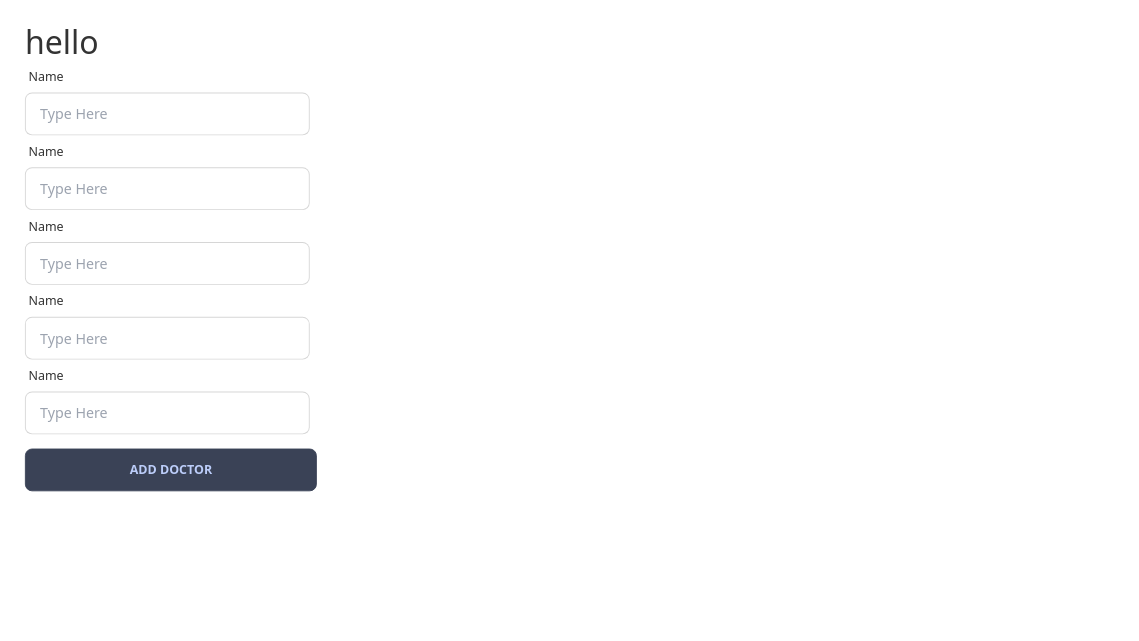
Repository: mdrubel02/yummy-yums-client
Page: /
An editor plug-in stored every save of this project. The page is shown before and after the next save, followed by the edit.
The browser window is 1280 px wide. The pictures show the whole page, at 89% of full size.
The project was rebuilt for these pictures with package versions that can differ from the ones it lists, and the page was loaded fresh each time. Also part of the build but not shown: vite.config.js.

Above is the page before, as saved 2023-04-06 23:12:18.

### src/App.jsx
import React from 'react'
// import Home from './Components/Home/Home'
import Blog from './Components/Blog/Blog'


function App() {
  return (
    <div >
      {/* <div className='w-96 p-7'>

        <h2 className="text-4xl">Add A Doctor</h2>

        <form >
          <div className="form-control w-full max-w-xs">
            <label className="label"> <span className="label-text">Name</span></label>
            <input type="text" placeholder="Type here" className="input input-bordered w-full max-w-xs" />
          </div>
          <input className='btn btn-accent w-full mt-4' value="Add Doctor" type="submit" />
        </form>


      </div> */}
      {/* <h1 className="text-4xl">hello</h1>
      <form>
        <div className="form-control w-full max-w-xs">
        <label className="label"> <span className="label-text">Name</span></label>
          <input type="text" placeholder="Type Here" className="input input-bordered w-fu
          max-w-xs" />
        </div>
        <div className="form-control w-full max-w-xs">
        <label className="label"> <span className="label-text">Name</span></label>
          <input type="text" placeholder="Type Here" className="input input-bordered w-fu
          max-w-xs" />
        </div>
        <div className="form-control w-full max-w-xs">
        <label className="label"> <span className="label-text">Name</span></label>
          <input type="text" placeholder="Type Here" className="input input-bordered w-fu
          max-w-xs" />
        </div>
        <div className="form-control w-full max-w-xs">
        <label className="label"> <span className="label-text">Name</span></label>
          <input type="text" placeholder="Type Here" className="input input-bordered w-fu
          max-w-xs" />
        </div>
        <div className="form-control w-full max-w-xs">
        <label className="label"> <span className="label-text">Name</span></label>
          <input type="text" placeholder="Type Here" className="input input-bordered w-fu
          max-w-xs" />
        </div>
        <input className='btn btn-accent w-full mt-4' value="Add Doctor" type="submit" />
      </form> */}
      {/* <Home /> */}
      <Blog/>
    </div>
  )
}

export default App

### src/Components/Blog/Blog.js
import React from 'react';

const Blog = () => {
    return (
        <div>
            <div className='w-96 p-7'>
            <h1 className="text-4xl">hello</h1>
            <form>
                <div className="form-control w-full max-w-xs">
                    <label className="label"> <span className="label-text">Name</span></label>
                    <input type="text" placeholder="Type Here" className="input input-bordered w-fu
          max-w-xs" />
                </div>
                <div className="form-control w-full max-w-xs">
                    <label className="label"> <span className="label-text">Name</span></label>
                    <input type="text" placeholder="Type Here" className="input input-bordered w-fu
          max-w-xs" />
                </div>
                <div className="form-control w-full max-w-xs">
                    <label className="label"> <span className="label-text">Name</span></label>
                    <input type="text" placeholder="Type Here" className="input input-bordered w-fu
          max-w-xs" />
                </div>
                <div className="form-control w-full max-w-xs">
                    <label className="label"> <span className="label-text">Name</span></label>
                    <input type="text" placeholder="Type Here" className="input input-bordered w-fu
          max-w-xs" />
                </div>
                <div className="form-control w-full max-w-xs">
                    <label className="label"> <span className="label-text">Name</span></label>
                    <input type="text" placeholder="Type Here" className="input input-bordered w-fu
          max-w-xs" />
                </div>
                <input className='btn btn-accent w-full mt-4' value="Add Doctor" type="submit" />
            </form>
        </div>
        </div>
    );
};

export default Blog;

### tailwind.config.js
/** @type {import('tailwindcss').Config} */
export default {
  content: [
    "./index.html",
    "./src/**/*.{js,ts,jsx,tsx}",
  ],
  daisyui:{
    themes: [
      {
        doctortheme:{
          primary: '#0FCFEC',
          secondary: '#19D3AE',
          accent: "#3A4256",
          neutral: "#3D4451",
          "base-100": "#FFFFFF",
        }
      }
    ]
  },
  theme: {
    extend: {},
  },
  plugins: [require("daisyui")],
}

### src/Components/Home/Home.jsx
import React from 'react';

const Home = () => {
    return (
        <div className='w-96 p-7'>
        <h1 className="text-4xl">hello</h1>
        <form>
            <div className="form-control w-full max-w-xs">
                <label className="label"> <span className="label-text">Name</span></label>
                <input type="text" placeholder="Type Here" className="input input-bordered w-fu
      max-w-xs" />
            </div>
            <div className="form-control w-full max-w-xs">
                <label className="label"> <span className="label-text">Name</span></label>
                <input type="text" placeholder="Type Here" className="input input-bordered w-fu
      max-w-xs" />
            </div>
            <div className="form-control w-full max-w-xs">
                <label className="label"> <span className="label-text">Name</span></label>
                <input type="text" placeholder="Type Here" className="input input-bordered w-fu
      max-w-xs" />
            </div>
            <div className="form-control w-full max-w-xs">
                <label className="label"> <span className="label-text">Name</span></label>
                <input type="text" placeholder="Type Here" className="input input-bordered w-fu
      max-w-xs" />
            </div>
            <div className="form-control w-full max-w-xs">
                <label className="label"> <span className="label-text">Name</span></label>
                <input type="text" placeholder="Type Here" className="input input-bordered w-fu
      max-w-xs" />
            </div>
            <input className='btn btn-accent w-full mt-4' value="Add Doctor" type="submit" />
        </form>
    </div>
    );
};

export default Home;

Loaded but not shown: index.html (common file); src/main.jsx (common file); src/index.css (common file)

After the next save:
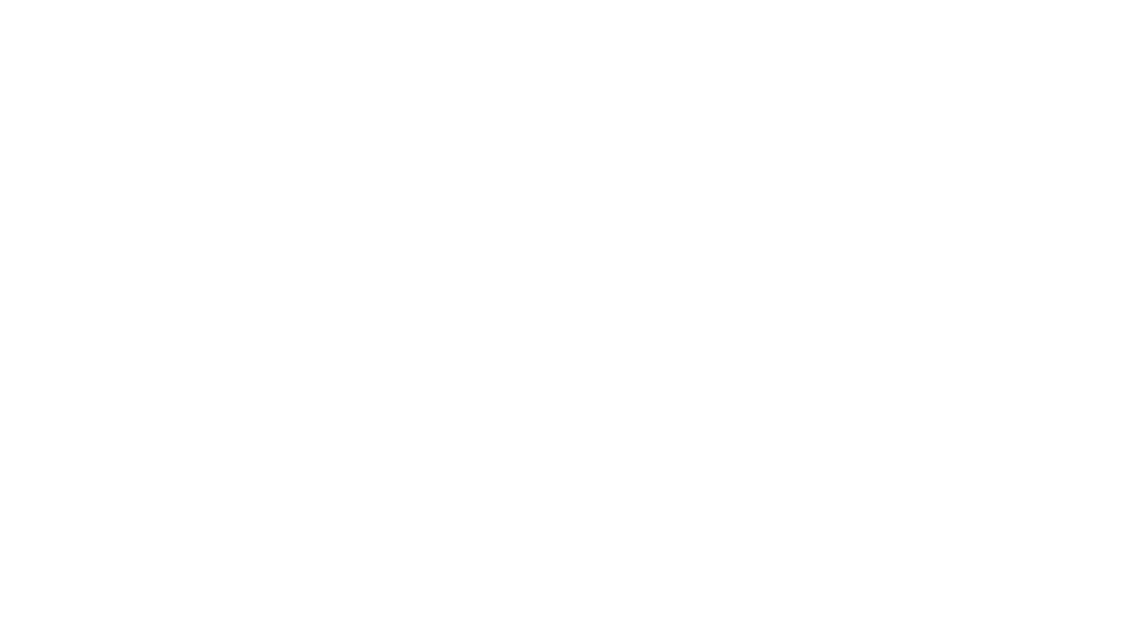
Console error: ReferenceError: Home is not defined
Saved 17 s later.
--- a/src/App.jsx
+++ b/src/App.jsx
@@ -49,7 +49,7 @@
         </div>
         <input className='btn btn-accent w-full mt-4' value="Add Doctor" type="submit" />
       </form> */}
-      {/* <Home /> */}
+      <Home />
       <Blog/>
     </div>
   )

After the 2 saves that followed:
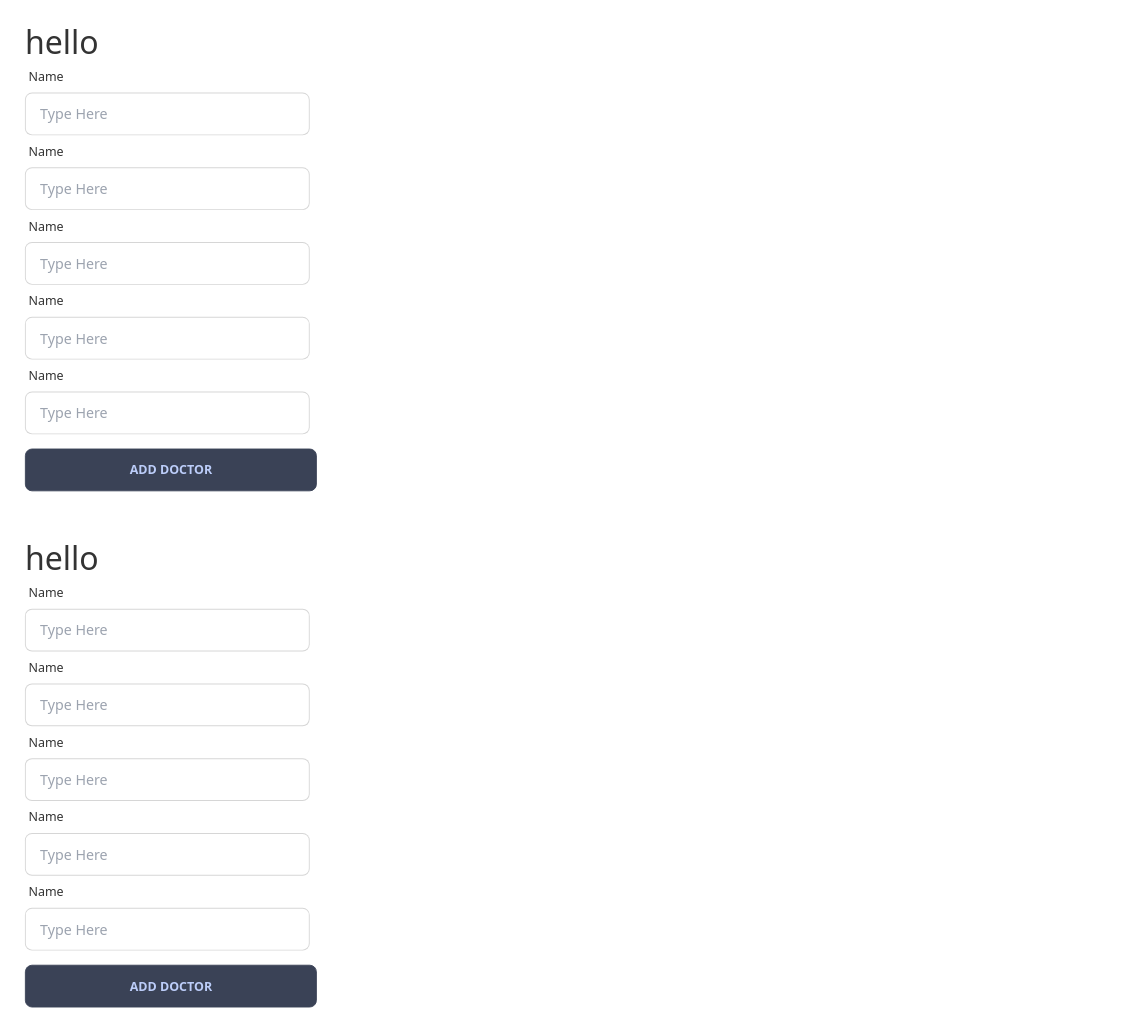
The error is gone.
The 2 saves are shown as one change because 1 left the picture as it was.
The last was saved 3 min 5 s later.
--- a/src/App.jsx
+++ b/src/App.jsx
@@ -1,54 +1,11 @@
 import React from 'react'
-// import Home from './Components/Home/Home'
+import Home from './Components/Home/Home'
 import Blog from './Components/Blog/Blog'
 
 
 function App() {
   return (
     <div >
-      {/* <div className='w-96 p-7'>
-
-        <h2 className="text-4xl">Add A Doctor</h2>
-
-        <form >
-          <div className="form-control w-full max-w-xs">
-            <label className="label"> <span className="label-text">Name</span></label>
-            <input type="text" placeholder="Type here" className="input input-bordered w-full max-w-xs" />
-          </div>
-          <input className='btn btn-accent w-full mt-4' value="Add Doctor" type="submit" />
-        </form>
-
-
-      </div> */}
-      {/* <h1 className="text-4xl">hello</h1>
-      <form>
-        <div className="form-control w-full max-w-xs">
-        <label className="label"> <span className="label-text">Name</span></label>
-          <input type="text" placeholder="Type Here" className="input input-bordered w-fu
-          max-w-xs" />
-        </div>
-        <div className="form-control w-full max-w-xs">
-        <label className="label"> <span className="label-text">Name</span></label>
-          <input type="text" placeholder="Type Here" className="input input-bordered w-fu
-          max-w-xs" />
-        </div>
-        <div className="form-control w-full max-w-xs">
-        <label className="label"> <span className="label-text">Name</span></label>
-          <input type="text" placeholder="Type Here" className="input input-bordered w-fu
-          max-w-xs" />
-        </div>
-        <div className="form-control w-full max-w-xs">
-        <label className="label"> <span className="label-text">Name</span></label>
-          <input type="text" placeholder="Type Here" className="input input-bordered w-fu
-          max-w-xs" />
-        </div>
-        <div className="form-control w-full max-w-xs">
-        <label className="label"> <span className="label-text">Name</span></label>
-          <input type="text" placeholder="Type Here" className="input input-bordered w-fu
-          max-w-xs" />
-        </div>
-        <input className='btn btn-accent w-full mt-4' value="Add Doctor" type="submit" />
-      </form> */}
       <Home />
       <Blog/>
     </div>
